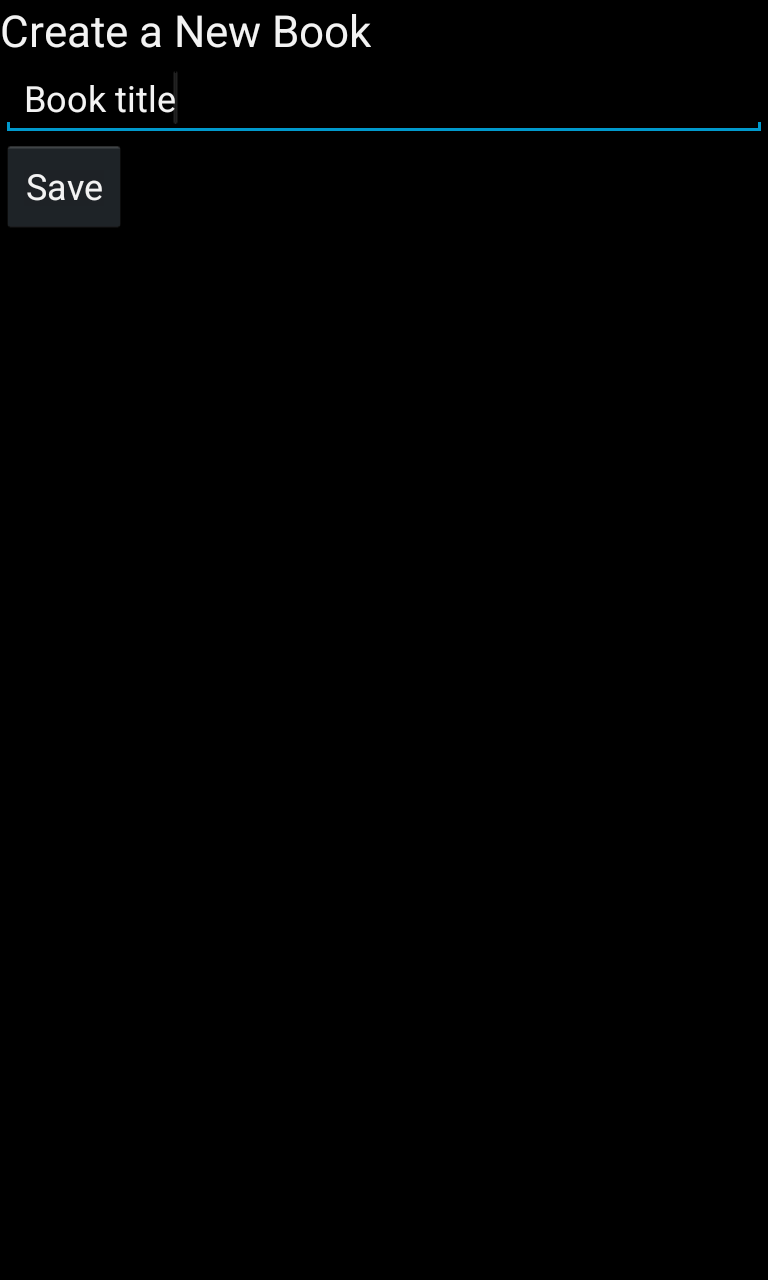
Repository: ringe/andra
Layout: Bookie/res/layout/newbook.xml
The author's editor kept a copy of each file at every save. The layout is drawn from the files as they stood at one save, then again after the next save.
It is drawn on a 768 x 1280 px phone screen (xhdpi) without system bars, with theme android:Theme.Holo; the app's code is not run.

Above is the layout before, as saved 2012-02-28 12:13:55.

### Bookie/res/layout/newbook.xml
<?xml version="1.0" encoding="utf-8"?>
<LinearLayout xmlns:android="http://schemas.android.com/apk/res/android"
    android:layout_width="match_parent"
    android:layout_height="match_parent"
    android:orientation="vertical" >

    <TextView
        android:id="@+id/formtitle"
        android:layout_width="wrap_content"
        android:layout_height="wrap_content"
        android:text="Create a New Book"
        android:textAppearance="?android:attr/textAppearanceLarge" />

    <EditText
        android:id="@+id/title"
        android:layout_width="match_parent"
        android:layout_height="wrap_content"
        android:text="Book title" >

        <requestFocus />
    </EditText>

    <Button
        android:id="@+id/savebook"
        android:layout_width="wrap_content"
        android:layout_height="wrap_content"
        android:text="Save" />

</LinearLayout>

After the next save:
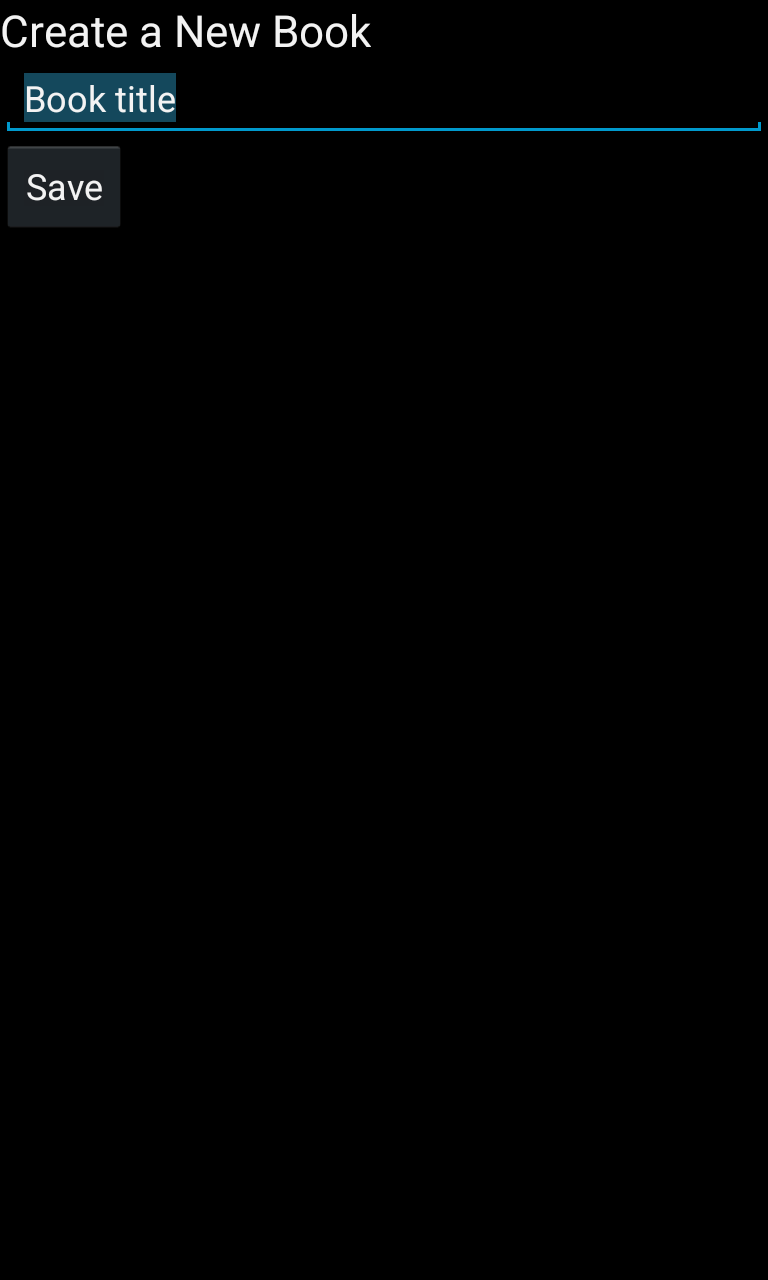
Saved 6 min 4 s later.
--- a/Bookie/res/layout/newbook.xml
+++ b/Bookie/res/layout/newbook.xml
@@ -15,7 +15,8 @@
         android:id="@+id/title"
         android:layout_width="match_parent"
         android:layout_height="wrap_content"
-        android:text="Book title" >
+        android:text="Book title"
+        android:selectAllOnFocus="true" >
 
         <requestFocus />
     </EditText>
